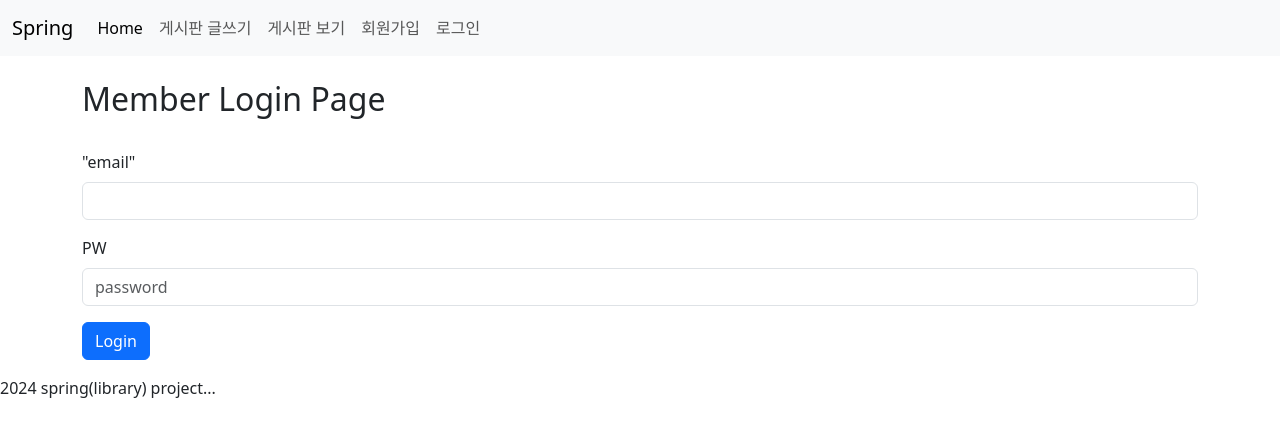
Repository: budflower44/Spring
Page: http://localhost/spring_test2/WEB-INF/views/member/login.jsp
An editor plug-in stored every save of this project. The page is shown before and after the next save, followed by the edit.
The browser window is 1280 px wide. The pictures show the whole page.
The page is served by Tomcat 9. Nobody is signed in. The template is opened directly, without the code that normally fills it, so the values that code supplies are empty.

Above is the page before, as saved 2024-01-15 01:01:36.

After the next save:
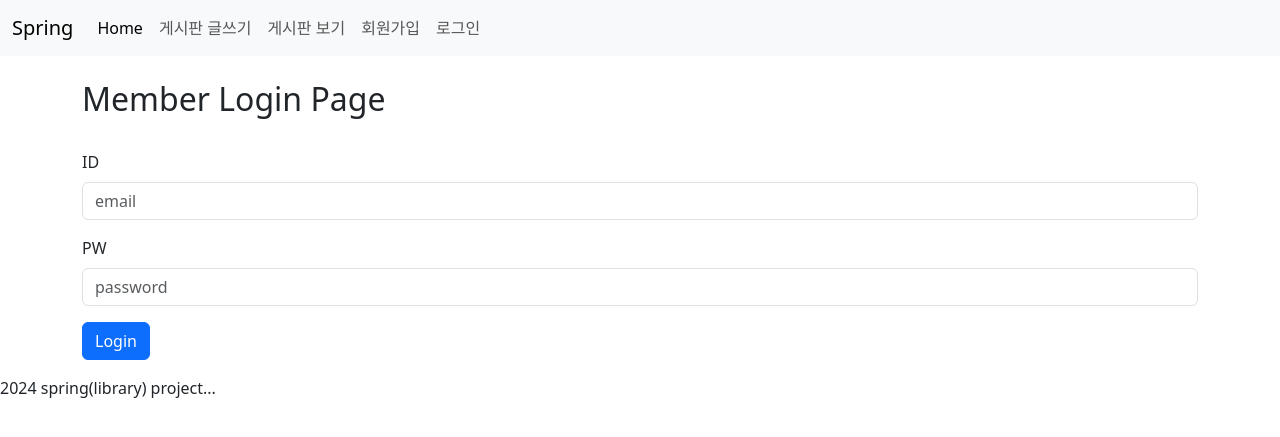
Saved 14 s later.
--- a/spring_test2/src/main/webapp/WEB-INF/views/member/login.jsp
+++ b/spring_test2/src/main/webapp/WEB-INF/views/member/login.jsp
@@ -12,8 +12,8 @@
 
 	<form action="/member/login" method="post">
 		<div class="mb-3">
-			<label for="email" class="form-label">"email"</label> <input type="text"
-				name=""email"" class="form-control" id=""email"" placeholder=""email"">
+			<label for="email" class="form-label">ID</label> <input type="text"
+				name="email" class="form-control" id="email" placeholder="email">
 		</div>
 		<div class="mb-3">
 			<label for="pw" class="form-label">PW</label> <input type="password"
